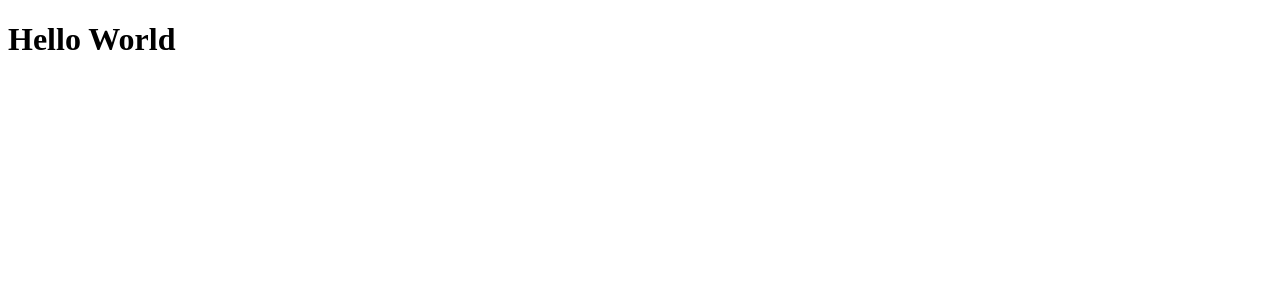
Repository: riishraj1821/Learning_backend
Page: Hello JSP/src/main/webapp/Index.html
The author's editor kept a copy of each file at every save. The page is drawn from the files as they stood at one save, then again after the next save.
The browser window is 1280 px wide. The pictures show the whole page.

Above is the page before, as saved 2024-10-05 07:56:24.

### Hello JSP/src/main/webapp/Index.html
<!DOCTYPE html>
<html>
<head>
<meta charset="UTF-8">
<title>Hello World</title>
</head>
<body>
<h1>Hello             World</h1>
</body>
</html>

After the next save:
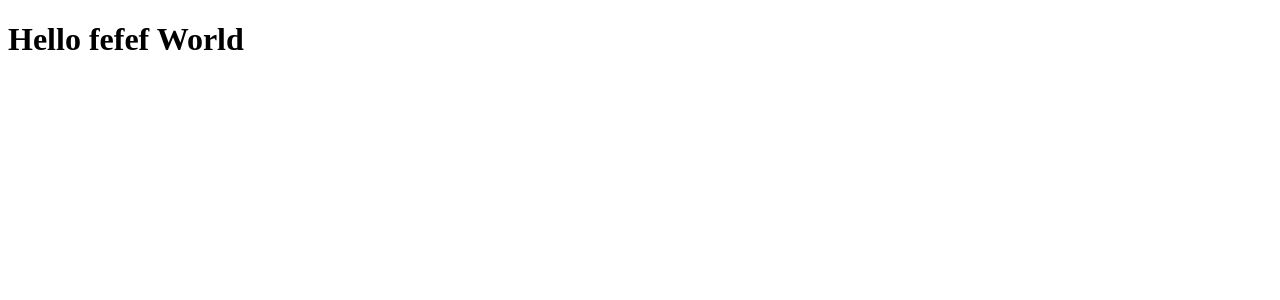
Saved 6 s later.
--- a/Hello JSP/src/main/webapp/Index.html
+++ b/Hello JSP/src/main/webapp/Index.html
@@ -5,6 +5,6 @@
 <title>Hello World</title>
 </head>
 <body>
-<h1>Hello             World</h1>
+<h1>Hello   fefef          World</h1>
 </body>
 </html>
